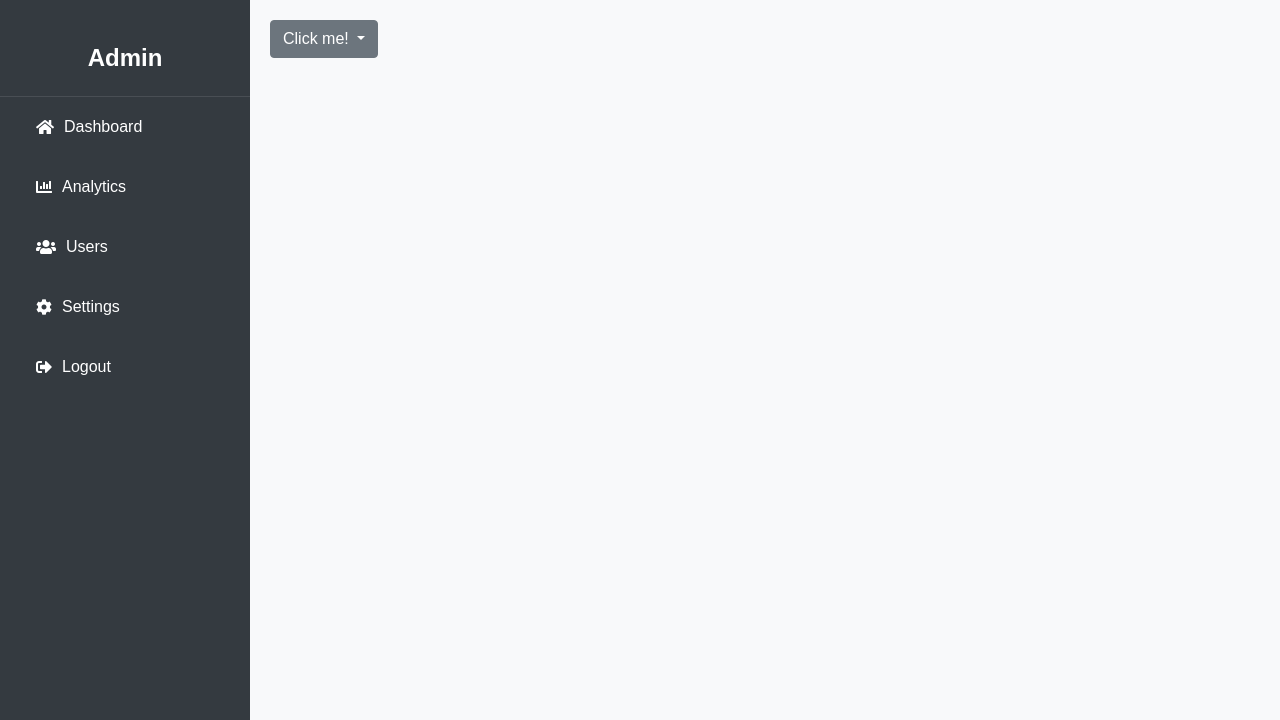
Repository: Darkrepo23/Ecommerce-Manalastas-project
Page: admin/dashboard.html
These files come from the project's save history. The page is drawn as it stood at one moment and after the next save; the edit follows.
The browser window is 1280 px wide. The pictures show the whole page.
Some web libraries are served in a nearby version.

Above is the page before, as saved 2026-01-06 09:00:58.

After the next save:
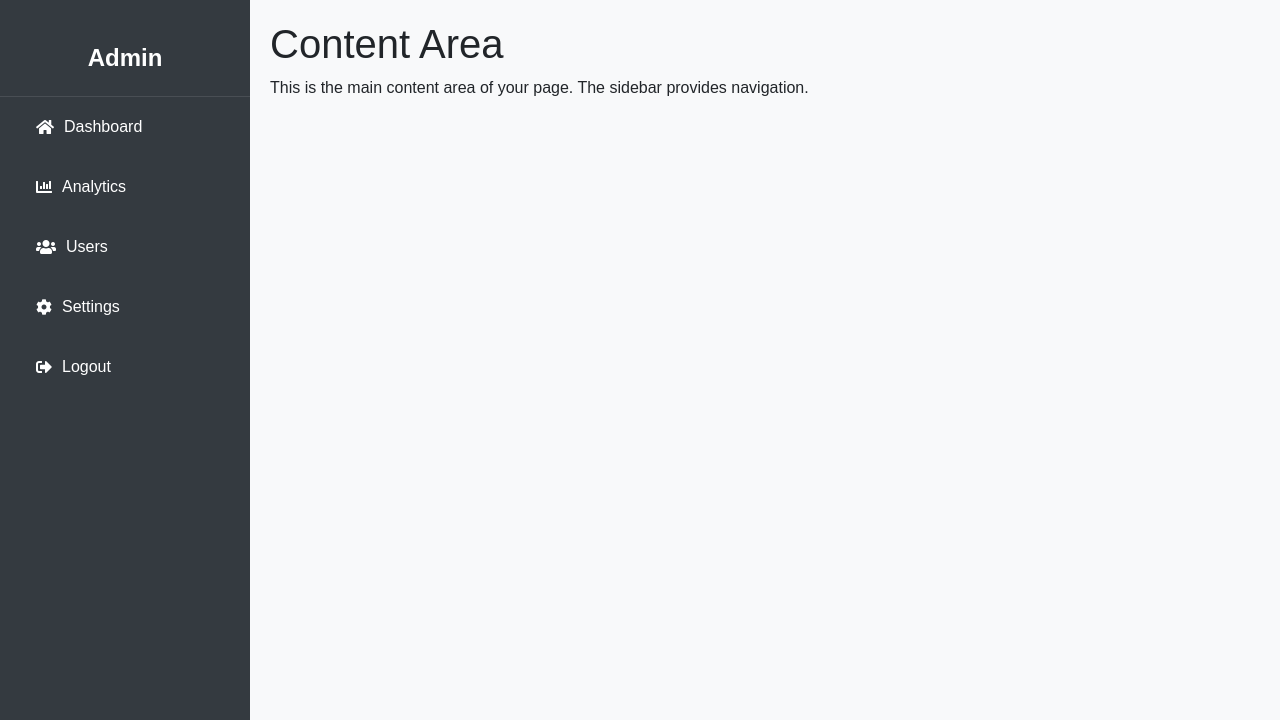
Saved 66 s later.
--- a/admin/dashboard.html
+++ b/admin/dashboard.html
@@ -1,6 +1,5 @@
 <!DOCTYPE html>
 <html lang="en">
-
 <head>
     <meta charset="UTF-8">
     <meta name="viewport" content="width=device-width, initial-scale=1.0">
@@ -57,9 +56,9 @@
             margin-left: 250px;
             padding: 20px;
         }
+
     </style>
 </head>
-
 <body>
 
     <div class="sidebar">
@@ -101,24 +100,12 @@
     </div>
 
     <div class="content">
-        <div class="dropdown">
-            <button class="btn btn-secondary dropdown-toggle" type="button" id="dropdownMenuButton"
-                data-toggle="dropdown" aria-haspopup="true" aria-expanded="false">
-                Click me!
-            </button>
-            <div class="dropdown-menu" aria-labelledby="dropdownMenuButton">
-                <a class="dropdown-item" href="#">Total Sales</a>
-                <a class="dropdown-item" href="#">Users</a>
-                <a class="dropdown-item" href="#">Products</a>
-                <a class="dropdown-item" href="#">Solds</a>
-            </div>
-        </div>
+        <h1>Content Area</h1>
+        <p>This is the main content area of your page.  The sidebar provides navigation.</p>
     </div>
 
     <script src="https://code.jquery.com/jquery-3.5.1.slim.min.js"></script>
     <script src="https://cdn.jsdelivr.net/npm/@popperjs/core@2.5.3/dist/umd/popper.min.js"></script>
     <script src="https://stackpath.bootstrapcdn.com/bootstrap/4.5.2/js/bootstrap.min.js"></script>
-
 </body>
-
 </html>
